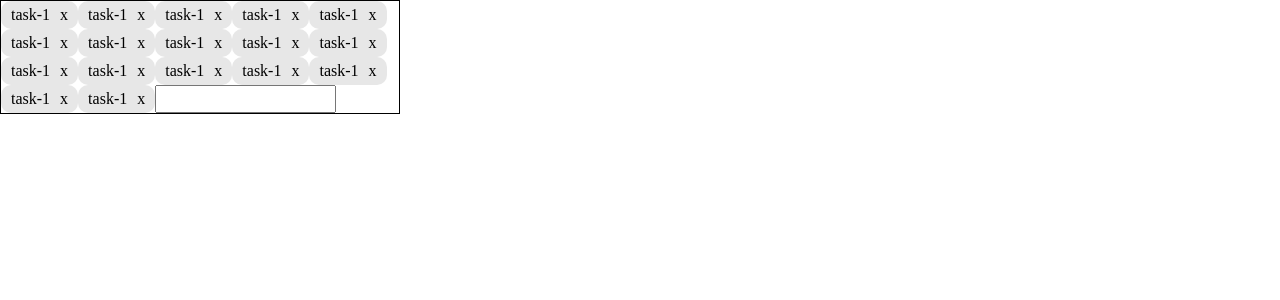
Repository: OkazakiTruong/selectOption
Page: /
An editor plug-in stored every save of this project. The page is shown before and after the next save, followed by the edit.
The browser window is 1280 px wide. The pictures show the whole page.
The project was rebuilt for these pictures with package versions that can differ from the ones it lists, and the page was loaded fresh each time. Also part of the build but not shown: vite.config.js.

Above is the page before, as saved 2024-01-17 20:56:50.

After the next save:
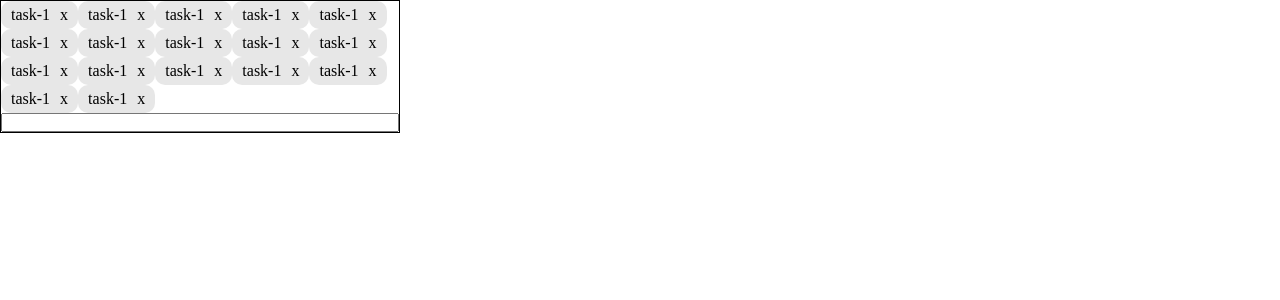
Saved 5 min 31 s later.
--- a/src/SelectBox/selectbox.css
+++ b/src/SelectBox/selectbox.css
@@ -3,6 +3,9 @@
   flex-wrap: wrap;
   width: 400px;
   border: 1px solid black;
+}
+.select-input .input {
+  width: 100%;
 }
 .select-item {
   padding: 5px 10px;

After the save that followed:
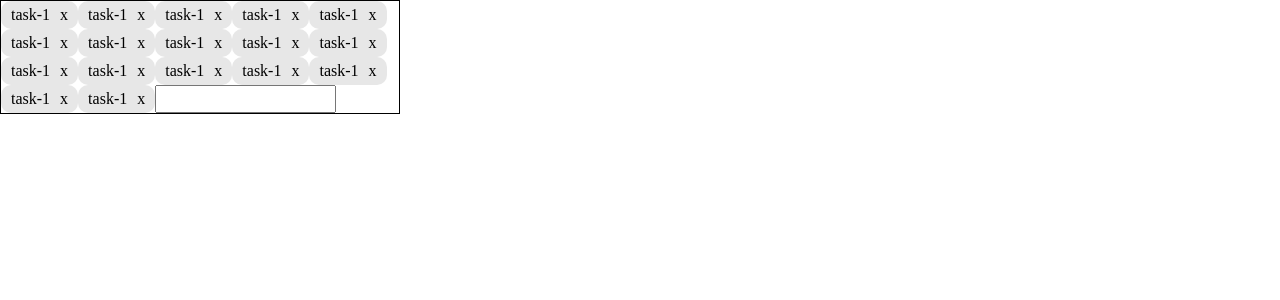
Saved 17 s later.
--- a/src/SelectBox/selectbox.css
+++ b/src/SelectBox/selectbox.css
@@ -5,7 +5,7 @@
   border: 1px solid black;
 }
 .select-input .input {
-  width: 100%;
+  width: max-content;
 }
 .select-item {
   padding: 5px 10px;
